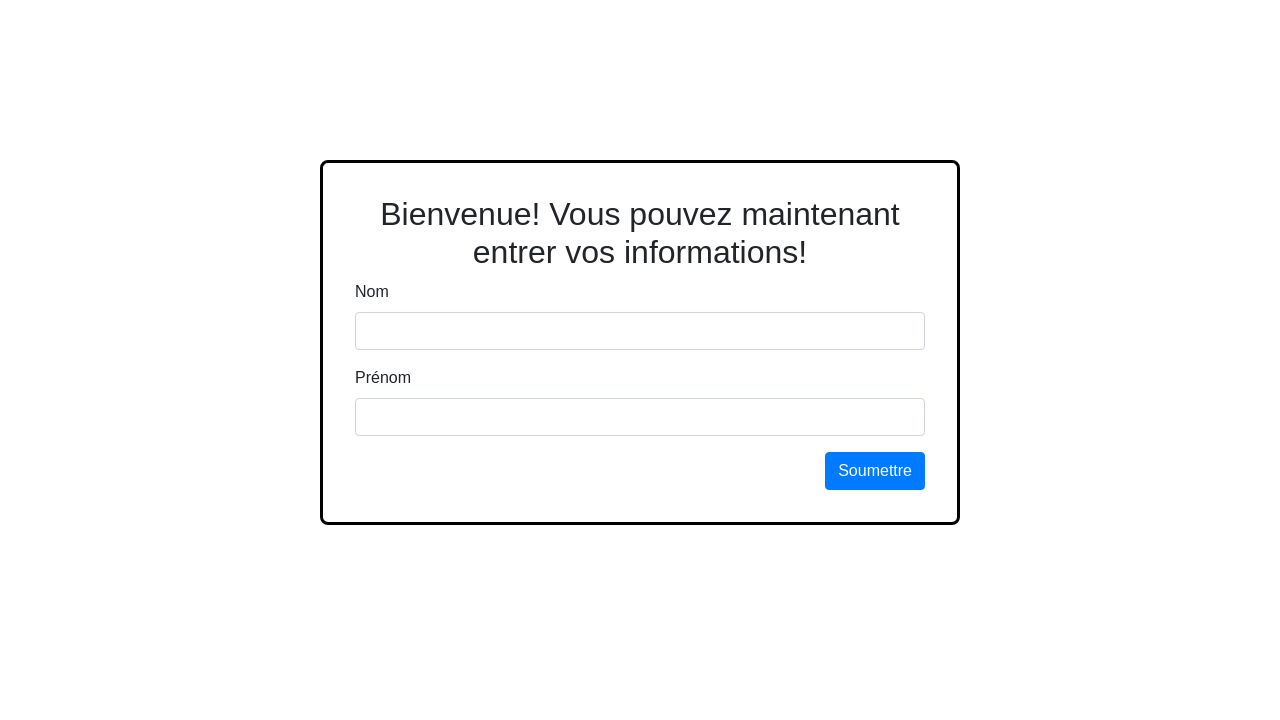
Repository: Aminox84/frontend-main
Page: /
These files come from the project's save history. The page is drawn as it stood at one moment and after a run of saves; the edit follows.
The browser window is 1280 px wide. The pictures show the whole page.
The project was rebuilt for these pictures with package versions that can differ from the ones it lists, and the page was loaded fresh each time.

Above is the page before, as saved 2022-12-29 19:50:29.

After the next 2 saves:
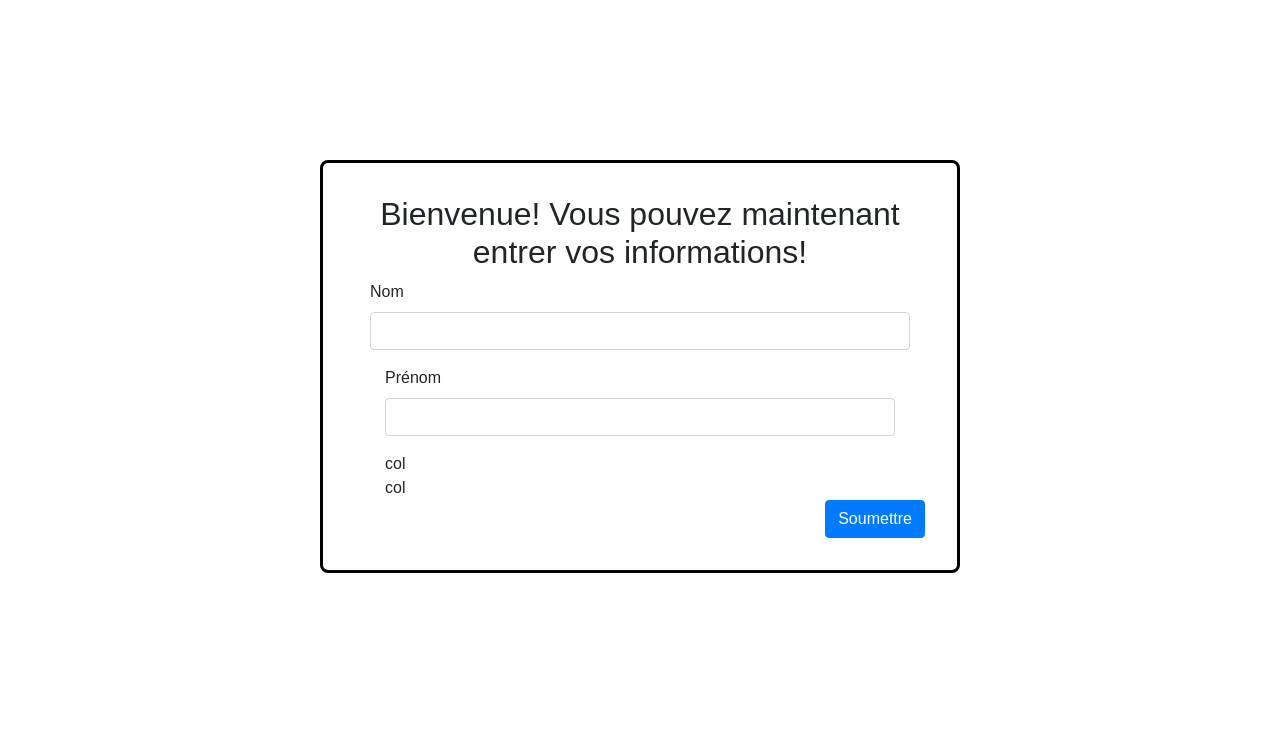
The 2 saves are shown as one change because 1 did not build or start.
The last was saved 116 s later.
--- a/src/userForm.tsx
+++ b/src/userForm.tsx
@@ -5,6 +5,9 @@ export function UserForm() {
       <h2 style={{textAlign:"center"}}>Bienvenue! Vous pouvez maintenant entrer vos informations!</h2>
 
       <form>
+      <div className="container">
+  <div className="row">
+    <div className="col">
         <div className="form-group">
           <label htmlFor="exampleInputEmail1">Nom</label>
           <input
@@ -13,7 +16,8 @@ export function UserForm() {
             id="exampleInputEmail1"
             aria-describedby="emailHelp"
           />
-        </div>
+          </div>
+    <div className="col">
         <div className="form-group">
           <label htmlFor="exampleInputPassword1">Prénom</label>
           <input
@@ -22,6 +26,13 @@ export function UserForm() {
             id="exampleInputPassword1"
           />
         </div>
+        </div>
+    <div className="w-100"></div>
+    <div className="col">col</div>
+    <div className="col">col</div>
+  </div>
+</div>
+</div>
       </form>
     </>
   )
